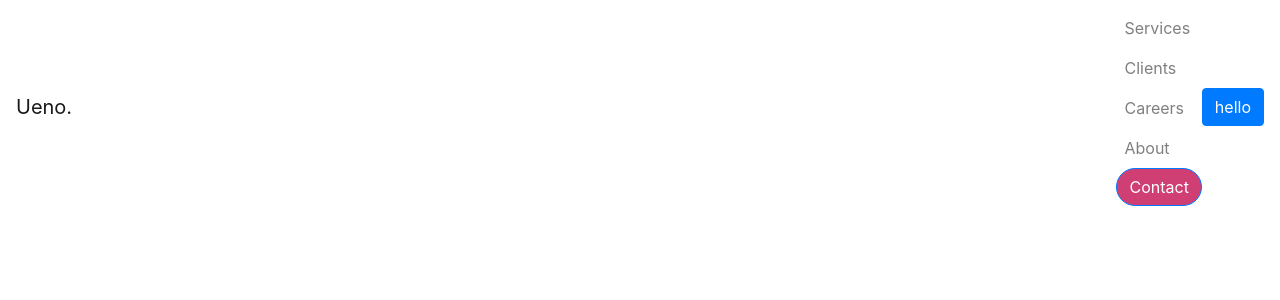
Repository: DeepaPrasanna/UenoClone
Page: /
These files come from the project's save history. The page is drawn as it stood at one moment and after the next save; the edit follows.
The browser window is 1280 px wide. The pictures show the whole page.
The project was rebuilt for these pictures with package versions that can differ from the ones it lists, and the page was loaded fresh each time.

Above is the page before, as saved 2021-05-03 01:28:46.

After the next save:
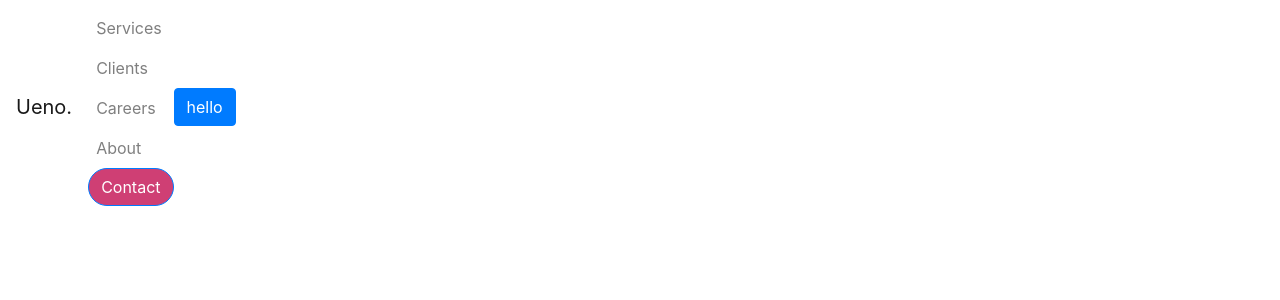
Saved 2 min 1 s later.
--- a/src/components/Header.js
+++ b/src/components/Header.js
@@ -9,7 +9,7 @@
 
         <Navbar.Toggle aria-controls="basic-navbar-nav" />
         <Navbar.Collapse id="basic-navbar-nav ">
-          <Nav className="ml-auto d-none d-sm-none d-md-block ">
+          <Nav className="d-none d-sm-none d-md-block ">
             <Nav.Link href="#home">Services</Nav.Link>
             <Nav.Link href="#link">Clients</Nav.Link>
             <Nav.Link href="#link">Careers</Nav.Link>
